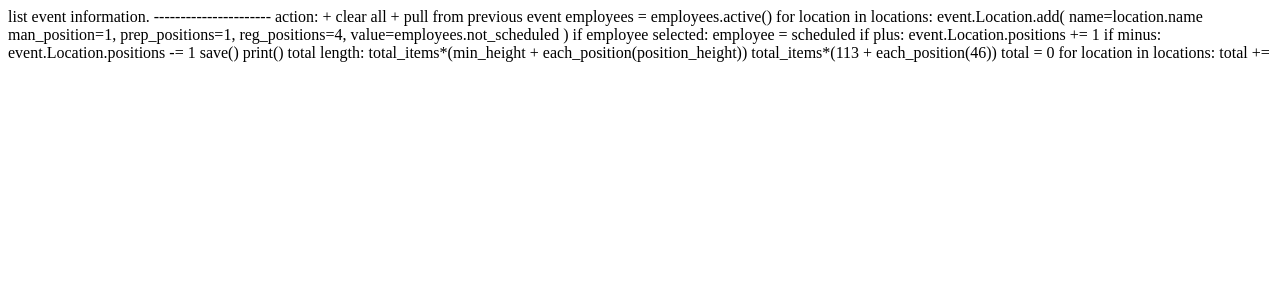
Repository: matthewrr/Employee-Scheduling-App
Page: outline.html
The author's editor kept a record of every edit. The page is drawn from the files as they stood at one moment, then again after the next edit.
The browser window is 1280 px wide. The pictures show the whole page.

Above is the page before.

### outline.html
list event information.
----------------------
action:
    + clear all
    + pull from previous event

employees = employees.active()

for location in locations:
    event.Location.add(
        name=location.name
        man_position=1,
        prep_positions=1,
        reg_positions=4,
        value=employees.not_scheduled
        )

if employee selected:
    employee = scheduled
if plus:
    event.Location.positions += 1
if minus:
    event.Location.positions -= 1

save()
print()

total length:
    total_items*(min_height + each_position(position_height))

    total_items*(113 + each_position(46))

total = 0
for location in locations:
    total +=

After the next edit:
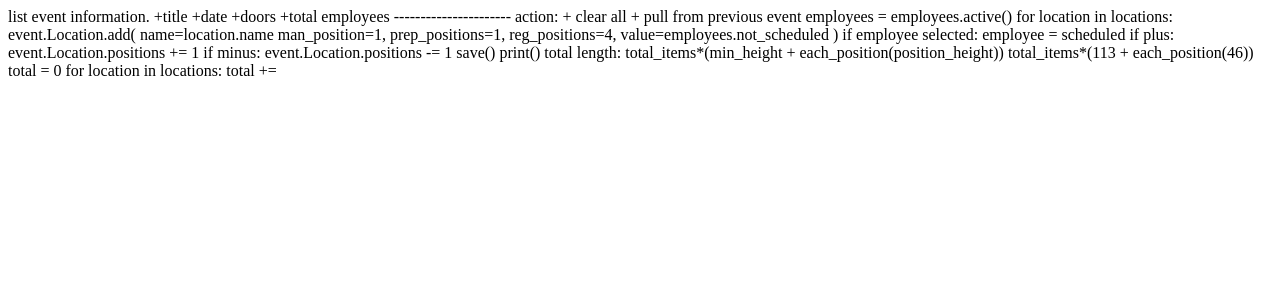
The edit:
--- a/outline.html
+++ b/outline.html
@@ -1,5 +1,10 @@
 list event information.
+    +title
+    +date
+    +doors
+    +total employees
 ----------------------
+
 action:
     + clear all
     + pull from previous event
